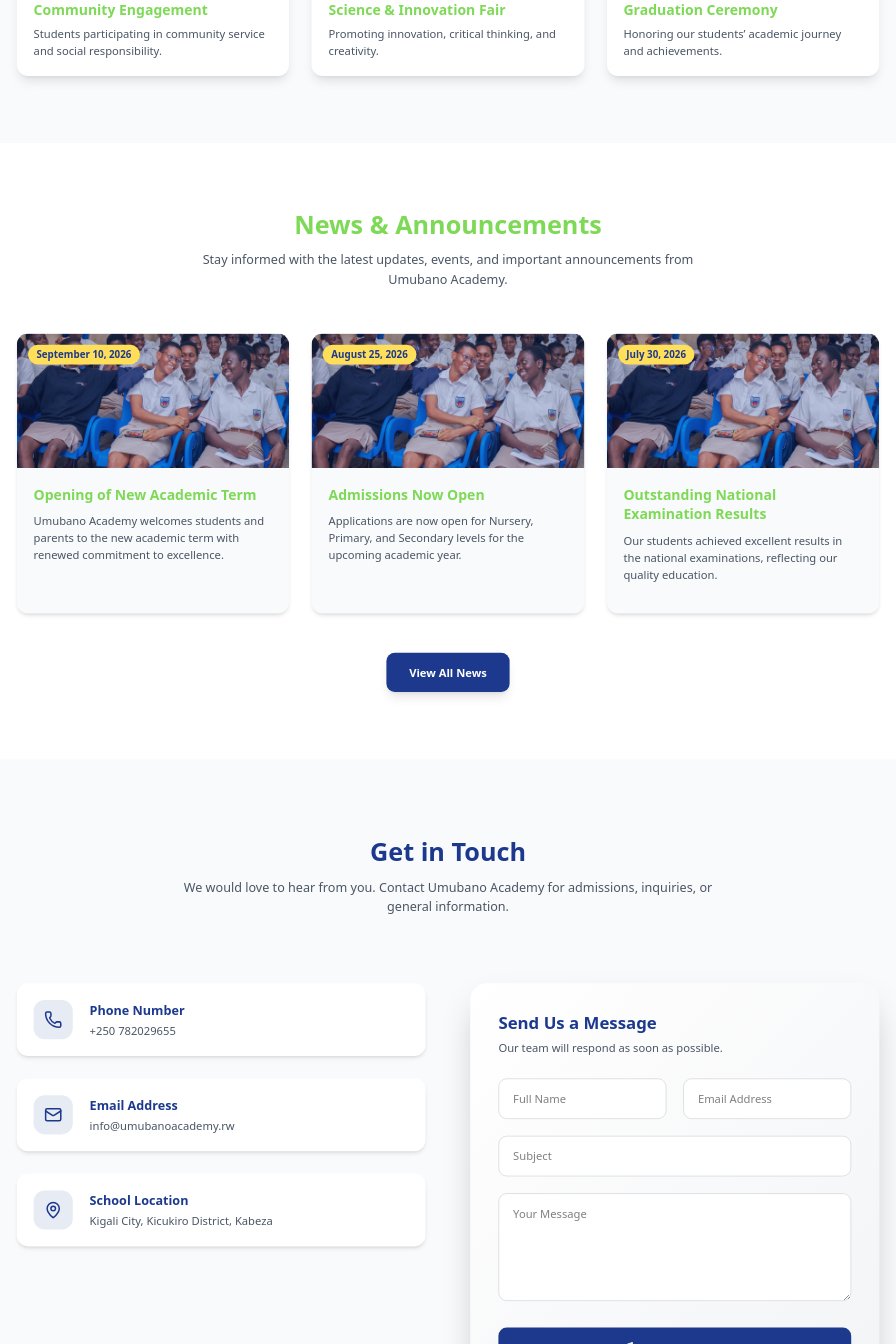
Repository: Umubano-Academy/umubano-academy-website
Page: /
The author's editor kept a copy of each file at every save. The page is drawn from the files as they stood at one save, then again after the next save.
The browser window is 1280 px wide. The pictures show the part of the page from y = 1751 to 3671 px (the page is 4911 px tall), at 70% of full size.
The project was rebuilt for these pictures with package versions that can differ from the ones it lists, and the page was loaded fresh each time. Also part of the build but not shown: vite.config.js, src/components/guest/Admission.jsx, src/components/guest/Academic.jsx, src/components/guest/About.jsx, src/components/admin/sidebar/data/menuData.js, src/components/admin/sidebar/SideBar.jsx, src/components/admin/Header/Header.jsx, src/components/admin/LayOut.jsx and 3 more.

Above is the page before, as saved 2026-01-13 19:03:58.

After the next save:
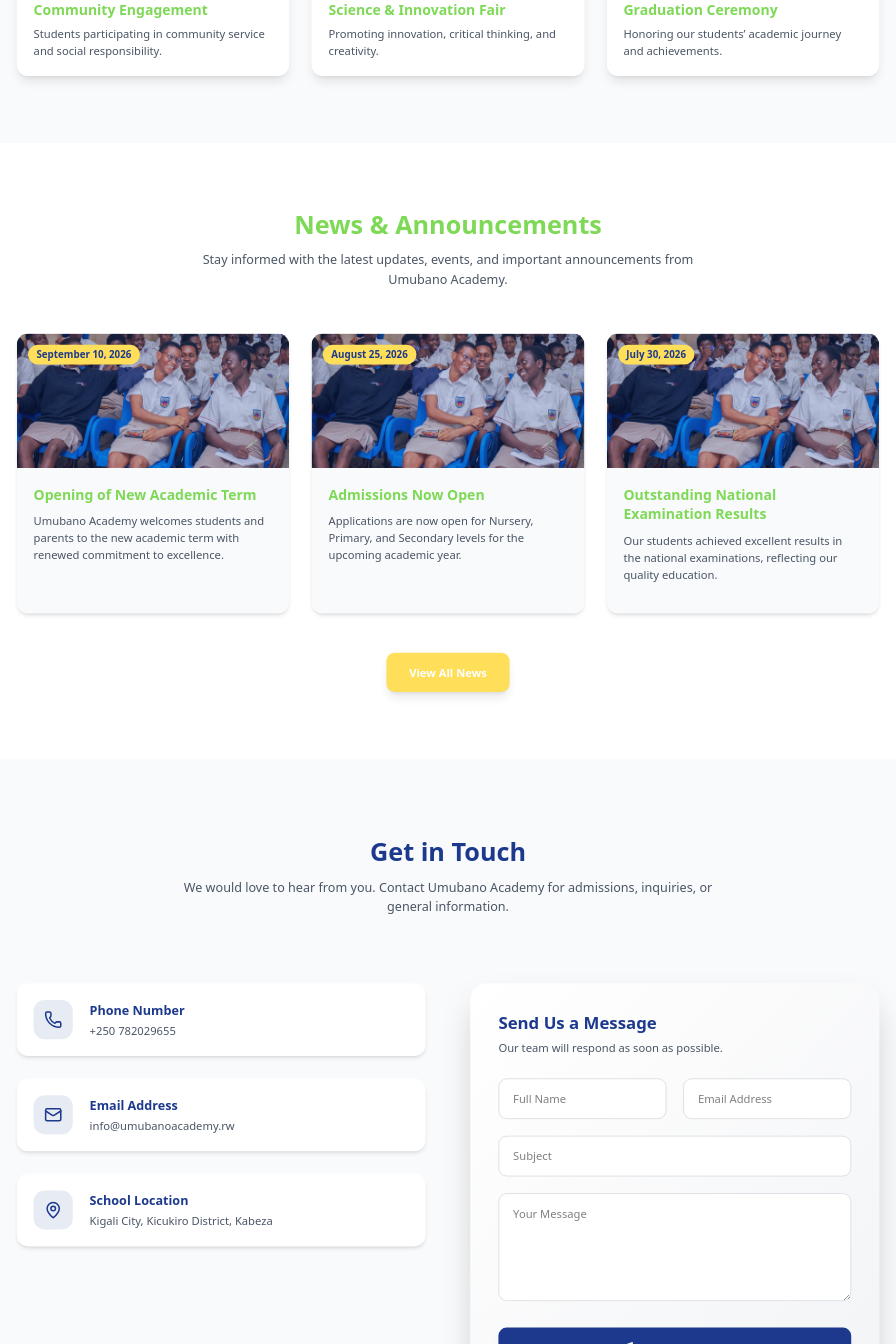
Saved 51 s later.
--- a/src/components/guest/News.jsx
+++ b/src/components/guest/News.jsx
@@ -104,7 +104,7 @@ function News() {
         <div className="text-center mt-14">
           <a
             href="/news"
-            className="inline-block bg-blue-900 text-white px-8 py-4 rounded-xl font-semibold hover:bg-blue-800 transition shadow-lg"
+            className="inline-block bg-[#FFDE59] text-white px-8 py-4 rounded-xl font-semibold hover:bg-blue-800 transition shadow-lg"
           >
             View All News
           </a>
